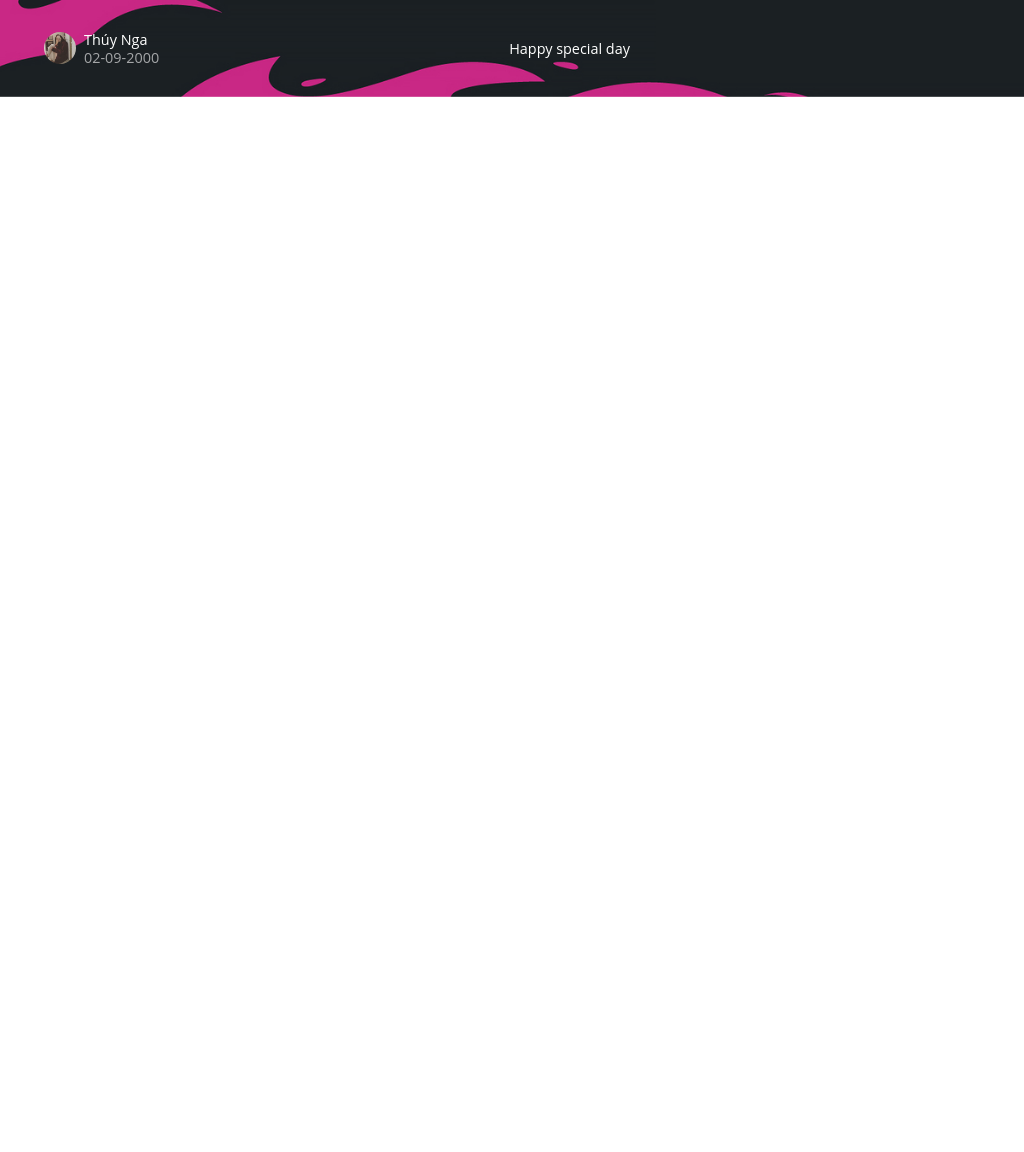
Repository: Datt21/p-happyB
Page: index.html
The author's editor kept a copy of each file at every save. The page is drawn from the files as they stood at one save, then again after the next save.
The browser window is 1280 px wide. The pictures show the whole page, at 80% of full size.
Some icons come from a web library that is not loaded, so they are not drawn.

Above is the page before, as saved 2021-08-31 04:33:27.

After the next save:
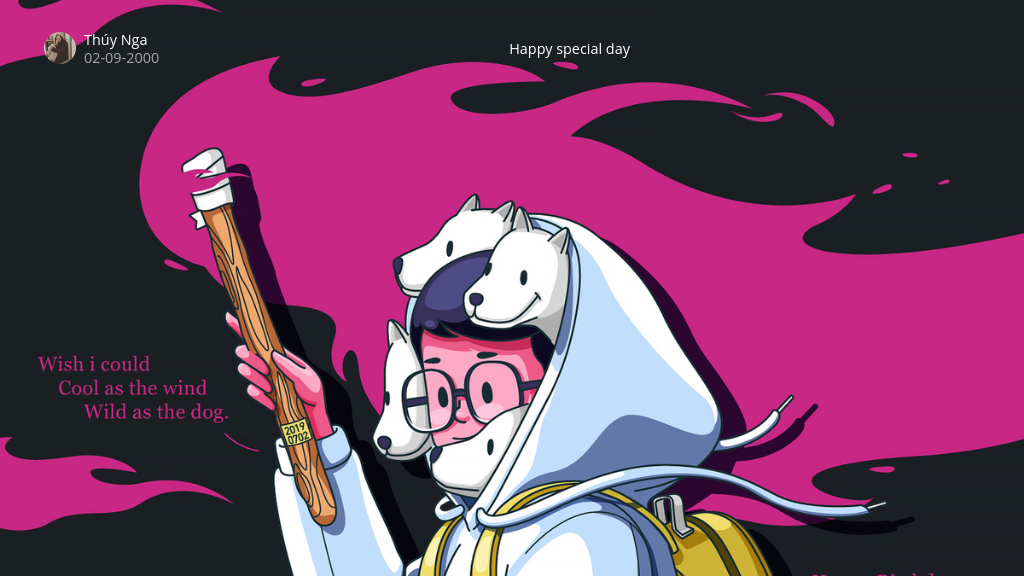
Saved 118 s later.
--- a/app.css
+++ b/app.css
@@ -33,13 +33,12 @@ body {
     color: white;
     /* background-color: #222831; */
     overflow-x: hidden;
-    min-height: 200vh;
+    background: url("../images/banner.jpg") no-repeat top/100%;
 }
 
 .wrapper {
     max-width: 1920px;
     margin: 0 auto;
-    background: url("../images/banner.jpg") no-repeat top/100%;
 }
 
 .container {
